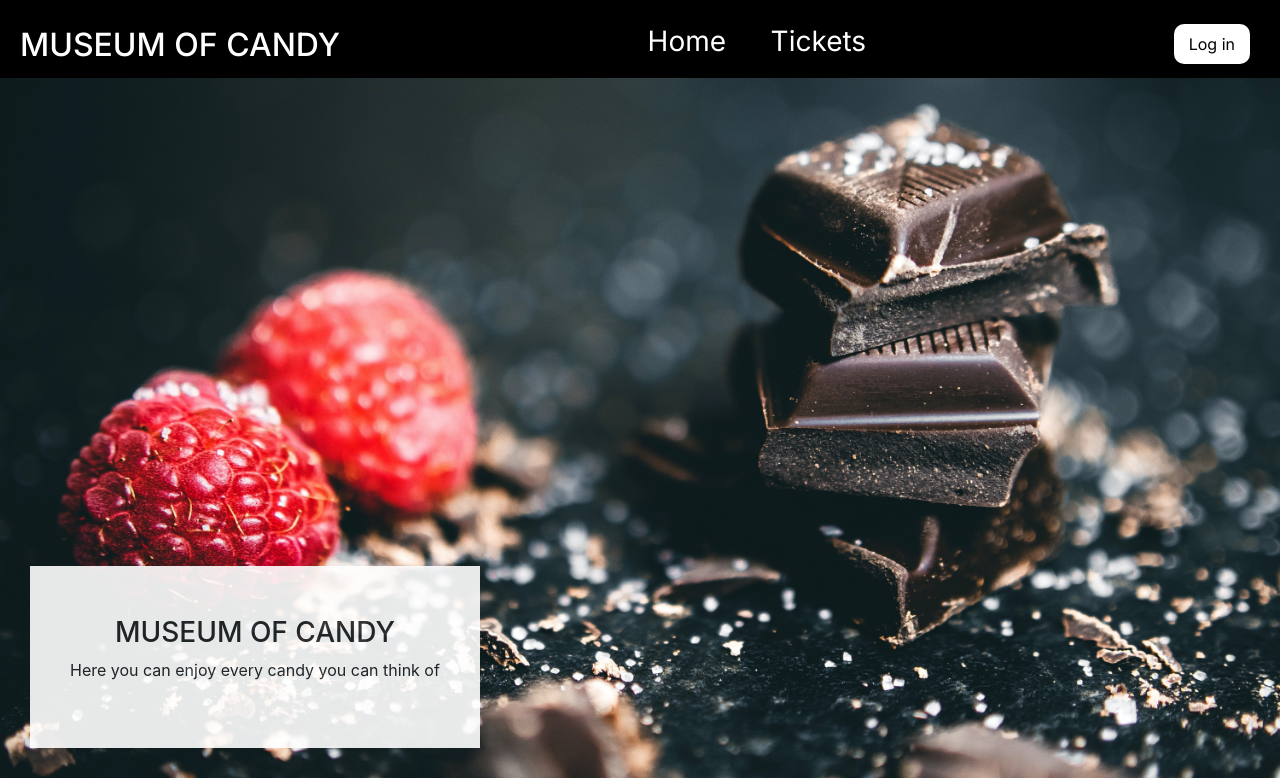
Repository: m-koparanova/MuseumOfCandy
Page: index.html
These files come from the project's save history. The page is drawn as it stood at one moment and after the next save; the edit follows.
The browser window is 1280 px wide. The pictures show the whole page.

Above is the page before, as saved 2023-03-05 19:42:46.

### index.html
<!DOCTYPE html>
<html lang="en">
<head>
    <meta charset="UTF-8">
    <meta http-equiv="X-UA-Compatible" content="IE=edge">
    <meta name="viewport" content="width=device-width, initial-scale=1.0">
    <title>Document</title>
    <link rel="stylesheet" href="https://cdn.jsdelivr.net/npm/bootstrap@4.6.2/dist/css/bootstrap.min.css" integrity="sha384-xOolHFLEh07PJGoPkLv1IbcEPTNtaed2xpHsD9ESMhqIYd0nLMwNLD69Npy4HI+N" crossorigin="anonymous">

    <link rel="stylesheet" href="style.css">

</head>
<body>
    <nav class="nav-bar">
        <div class="top-nav">
            <h2 class="logo">MUSEUM OF CANDY</h2>
            <ul>
                <li class="nav"><a href="#">Home</a></li>
                <li class="nav"><a href="#">Tickets</a></li>
            </ul>
            <button class="button">Log in</button>
        </div>

    </nav>

    <tbody>
        <div class="image-container">
            <img src="pics\pexels-lisa-fotios-918327.jpg" alt="" class="image">
            <div class="text-container">
                <h3>MUSEUM OF CANDY</h3>
                <p>Here you can enjoy every candy you can think of</p>
            </div>
        </div>
    </tbody>

    <script src="https://cdn.jsdelivr.net/npm/jquery@3.5.1/dist/jquery.slim.min.js" integrity="sha384-DfXdz2htPH0lsSSs5nCTpuj/zy4C+OGpamoFVy38MVBnE+IbbVYUew+OrCXaRkfj" crossorigin="anonymous"></script>
    <script src="https://cdn.jsdelivr.net/npm/bootstrap@4.6.2/dist/js/bootstrap.bundle.min.js" integrity="sha384-Fy6S3B9q64WdZWQUiU+q4/2Lc9npb8tCaSX9FK7E8HnRr0Jz8D6OP9dO5Vg3Q9ct" crossorigin="anonymous"></script>

</body>
</html>

### style.css
@import url('https://fonts.googleapis.com/css2?family=Inter:wght@100;200;300;400;500;600;700;800;900&display=swap');


*{
    margin: 0;
    padding: 0;
}

.nav-bar{
    background: black;
}

.logo {
    font-family: 'Inter', sans-serif, bold;
    color: white;
}

.top-nav{
    display: flex;
    align-items: center;
    justify-content: space-between;
    padding-top: 20px;
    padding-left: 20px;

}

.top-nav ul li{
    display: inline-block;
    list-style-type: none;
    padding-left: 20px;
    padding-right: 20px;
    font-family: 'Inter', sans-serif;
    font-size: 28px;
}

.top-nav ul li a{
    text-decoration: none;
    color: white;
}

.top-nav ul li a:hover{
    color: rgb(215, 5, 5);
    transition: .3s;
}

.button{
    border: none;
    background: white;
    border-radius: 10px;
    padding: 8px 15px 8px 15px;
    margin-right: 30px;
    margin-bottom: 10px;
    font-family: 'Inter', sans-serif;
    text-align: center;
}

.button:hover{
    background: rgb(215, 5, 5);
    color: white;
}

.image-container {
    position: relative;
    text-align: center;
}

.image{
    object-fit: cover;
    width: 100%;
    height: 700px;
}

.text-container{
    position: absolute;
    bottom: 30px;
    left: 30px;
    background: white;
    opacity: 90%;
    padding: 50px 40px 50px 40px ;
}

After the next save:
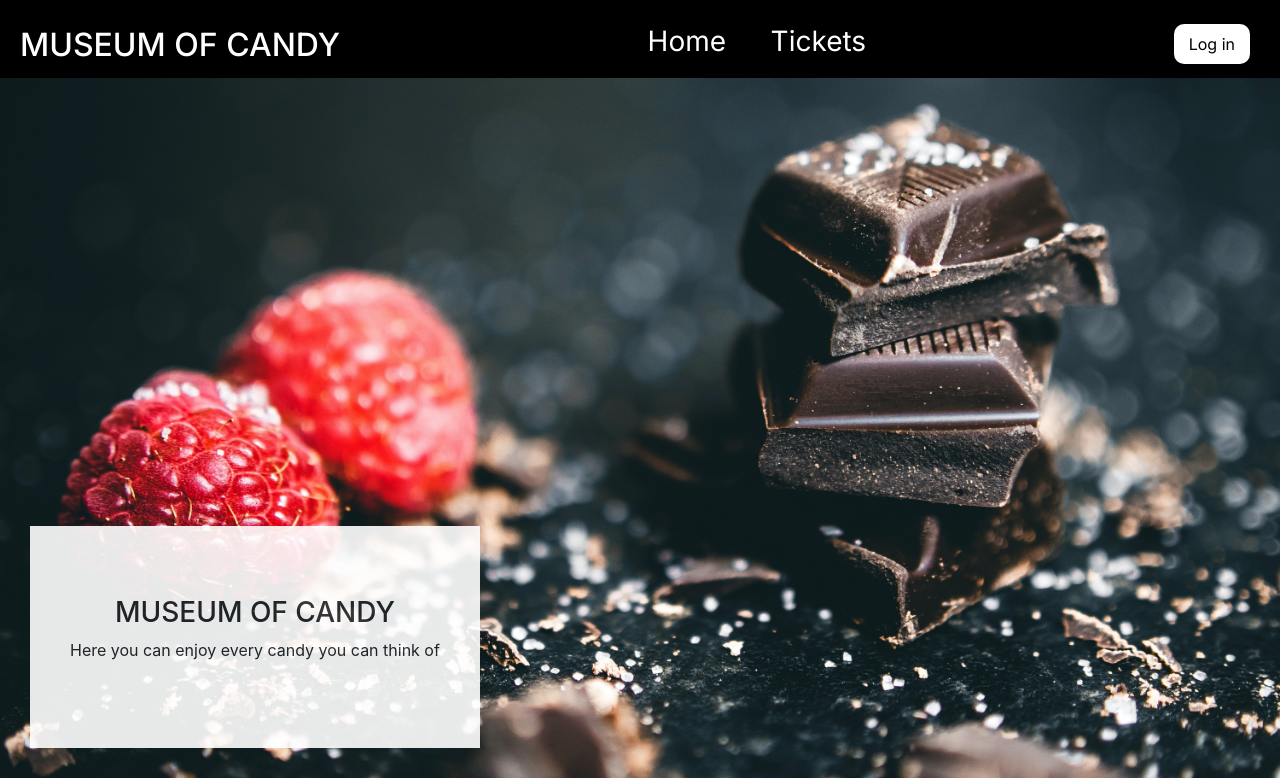
Saved 16 s later.
--- a/style.css
+++ b/style.css
@@ -76,5 +76,5 @@
     left: 30px;
     background: white;
     opacity: 90%;
-    padding: 50px 40px 50px 40px ;
+    padding: 70px 40px 70px 40px ;
 }
